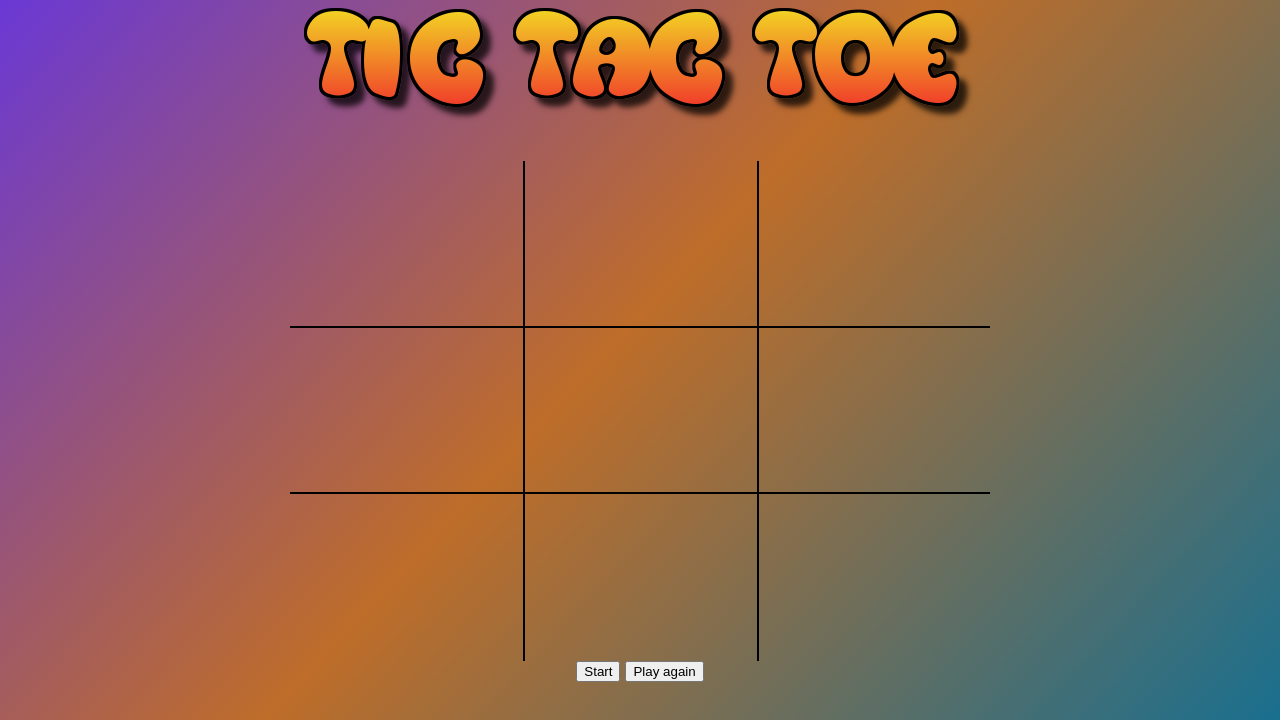
Repository: malx9/Project--5---Tic-Tac-Toe-with-AI
Page: index.html
An editor plug-in stored every save of this project. The page is shown before and after the next save, followed by the edit.
The browser window is 1280 px wide. The pictures show the whole page.

Above is the page before, as saved 2023-12-25 17:34:08.

After the next save:
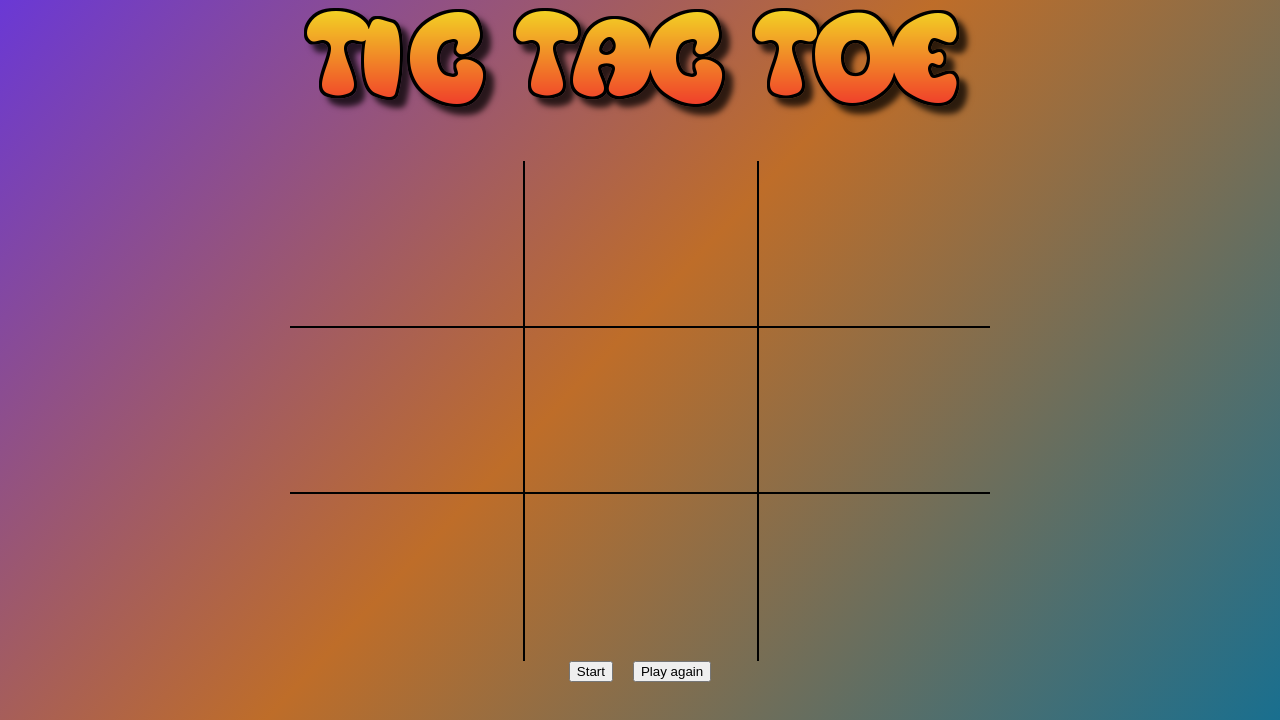
Saved 5 s later.
--- a/styles.css
+++ b/styles.css
@@ -53,7 +53,7 @@ body {
   display: flex;
   justify-content: center;
   align-items: center;
-  gap: 5px;
+  gap: 20px;
 }
 
 /* .game--options__button {
